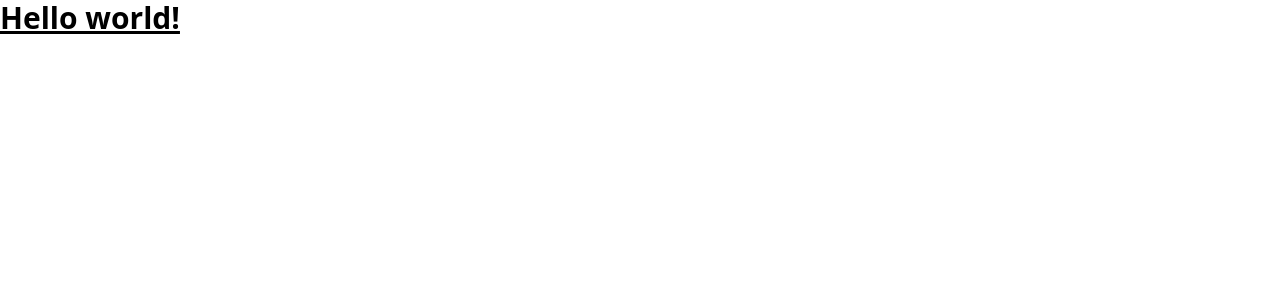
Repository: rahimicodehub/Medico-store
Page: index.html
An editor plug-in stored every save of this project. The page is shown before and after the next save, followed by the edit.
The browser window is 1280 px wide. The pictures show the whole page.

Above is the page before, as saved 2025-11-14 09:23:03.

### index.html
<!doctype html>
<html>
  <head>
    <meta charset="UTF-8" />
    <meta name="viewport" content="width=device-width, initial-scale=1.0" />
    <script src="https://cdn.jsdelivr.net/npm/@tailwindcss/browser@4"></script>
  </head>
  <body>
    <h1 class="text-3xl font-bold underline">
      Hello world!
    </h1>
  </body>
</html>

After the next save:
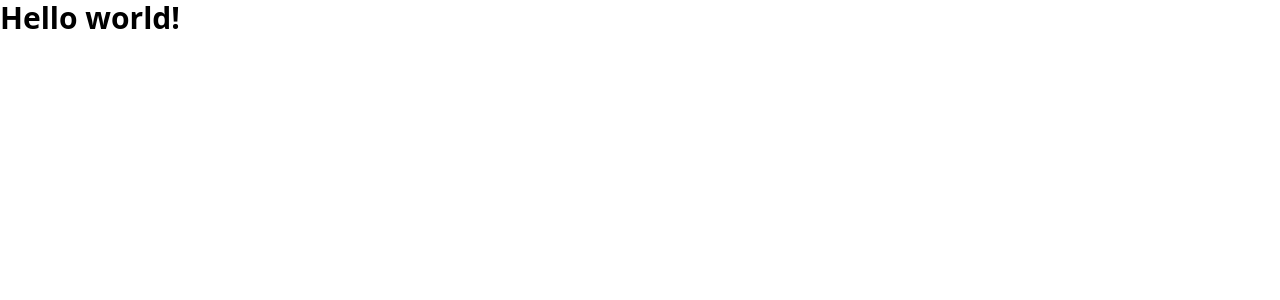
Saved 19 s later.
--- a/index.html
+++ b/index.html
@@ -6,7 +6,7 @@
     <script src="https://cdn.jsdelivr.net/npm/@tailwindcss/browser@4"></script>
   </head>
   <body>
-    <h1 class="text-3xl font-bold underline">
+    <h1 class="text-3xl font-bold ">
       Hello world!
     </h1>
   </body>
